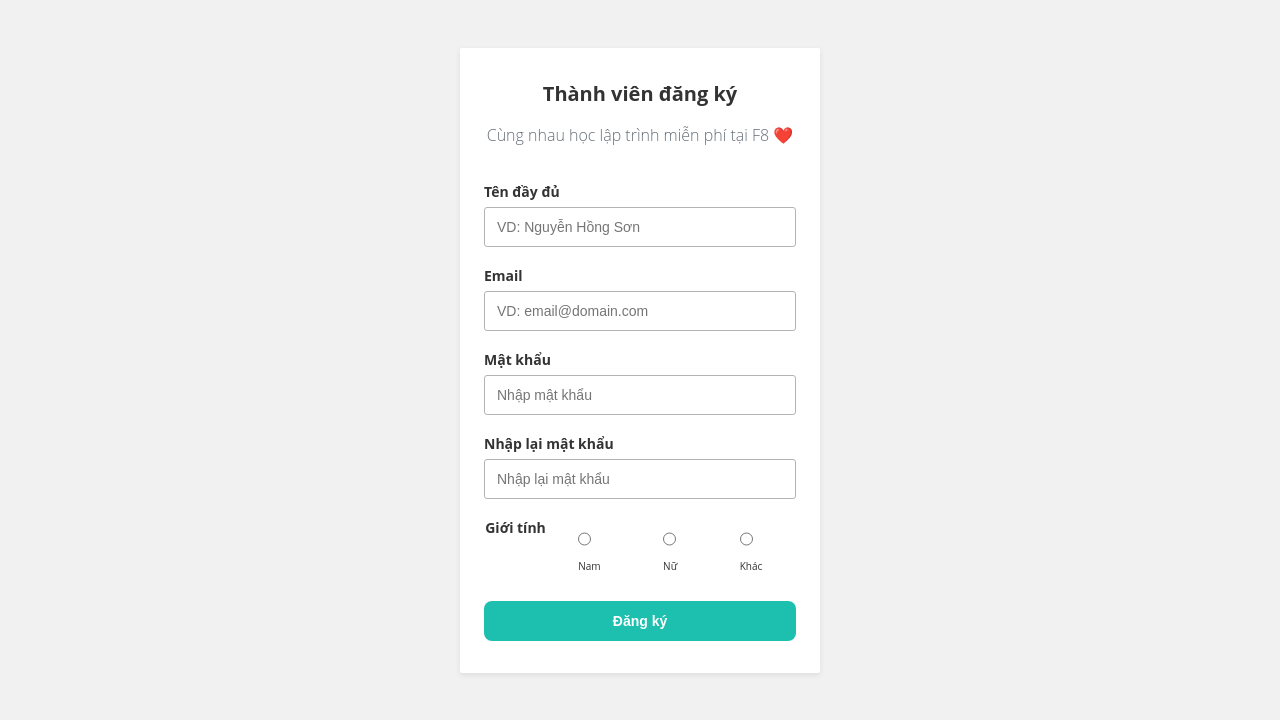
Repository: ahihison/Validation
Page: index.html
An editor plug-in stored every save of this project. The page is shown before and after the next save, followed by the edit.
The browser window is 1280 px wide. The pictures show the whole page.

Above is the page before, as saved 2022-08-31 09:42:03.

### index.html
<!DOCTYPE html>
<html lang="en">
<head>
    <meta charset="UTF-8">
    <meta http-equiv="X-UA-Compatible" content="IE=edge">
    <meta name="viewport" content="width=device-width, initial-scale=1.0">
    <link rel="stylesheet" href="./style.css">
    <title>Document</title>
</head>
<body>
    <div class="container">
        <form action="" method="POST" class="form" id="form-1" >
            <h3 class="heading">Thành viên đăng ký</h3>
            <p class="desc">Cùng nhau học lập trình miễn phí tại F8 ❤️</p>
            <div class="spacer"></div>

            <div class="form-group">
                <label for="fullname" class="form-label" >Tên đầy đủ</label>
                <input type="text" name="fullname" id="fullname" placeholder="VD: Nguyễn Hồng Sơn" class="form-control">
                <span class="form-message"></span>
            </div>
            <div class="form-group">
                <label for="email" class="form-label" >Email</label>
                <input type="text" name="email" id="email" placeholder="VD: email@domain.com" class="form-control">
                <span class="form-message"></span>
            </div>
            <div class="form-group">
                <label for="password" class="form-label" >Mật khẩu</label>
                <input type="password" name="password" id="password" placeholder="Nhập mật khẩu" class="form-control">
                <span class="form-message"></span>
            </div>
            <div class="form-group">
                <label for="password_confirmation" class="form-label" >Nhập lại mật khẩu</label>
                <input type="password" name="password_confirmation" id="password_confirmation" placeholder="Nhập lại mật khẩu" class="form-control">
                <span class="form-message"></span>
            </div>

            <div class="form-group genderformat">
                <label for="password_confirmation" class="form-label" >Giới tính</label>
                <div>
                    <input type="radio" name="gender" value="male" id="gender" class="form-control">
                    <span id="gender">Nam</span>
                </div>
                <div>
                    <input type="radio" name="gender" value="female" id="gender" class="form-control">
                    <span id="gender">Nữ</span>
                </div>
                <div>
                    <input type="radio" name="gender" value="orther" class="form-control" id="gender">
                    <span id="gender">Khác</span>

                </div>
                <span class="form-message"></span>
            </div>


            <button class="form-submit">Đăng ký</button>
        </form>

    </div>
    <script src="./validation.js"> </script>
    <script>
        Validator({
            form:'#form-1',
            formGroupSelector:'.form-group',
            errorSelector: '.form-message',
            rules: [
            Validator.isRequired('#fullname','Vui lòng nhập họ và tên đầy đủ của bạn'),
            Validator.isEmail('#email'),
            Validator.minLength('#password',6),
            Validator.isRequired('#password_confirmation'),
            Validator.isConfirmed('#password_confirmation',function() { return document.querySelector('#form-1 #password').value;

            },'Mật khẩu nhập lại không chính xác'),
            ],
            onSubmit: function(data){
                //Call API
                console.log(data);
            }
        });
    </script>




</body>
</html>

### style.css
*{
    margin: 0;
    padding: 0;
    box-sizing: border-box;

}
html{
    color: #333;
    font-size: 62.5%;
    font-family: "Open Sans", sans-serif;
}

.container{
min-height: 100vh;
display: flex;
justify-content: center;
background: #f1f1f1;

}
.form{
    width: 360px;
    padding: 32px 24px;
    min-height: 100px;
    text-align: center;
    background: #fff;
    border-radius: 2px;
    margin: 24px;
    align-self: center;
    box-shadow: 0 2px 5px 0 rgba(51, 62, 73, 0.1);


}


.form .heading{
    font-size: 2rem;

}
.form .desc {
    text-align: center;
    color: #636d77;
    font-size: 1.6rem;
    line-height: 2.4rem;
    margin-top: 16px;
    font-weight: 300;
  }

.form-group{
     display: flex;
  margin-bottom: 16px;
  flex-direction: column;

}
.form-group #gender {
  display:flex;
 margin: 0 30px;

  }
  .form-group.genderformat{
    display: flex;
    flex-direction: row;
    flex-wrap: wrap;
    align-content: space-between;
    justify-content: space-around;
  }
.form-control{
    height: 40px;
    padding: 8px 12px;
    border: 1px solid #b3b3b3;
    border-radius: 3px;
    outline: none;
    font-size: 1.4rem;
}
.form-control:hover {
    border-color: #1dbfaf;
  }
.form-label,
.form-message{
    text-align: left;

}
.form-label {
    font-weight: 700;
    padding-bottom: 6px;
    line-height: 1.8rem;
    font-size: 1.4rem;
  }

  .form-group.invalid .form-control {
    border-color: #f33a58;
  }
  .form-group.invalid .form-message {
    color: #f33a58;
  }

  .form-message {
    font-size: 1.2rem;
    line-height: 1.6rem;
    padding: 4px 0 0;
  }
  .form-submit {
    outline: none;
    background-color: #1dbfaf;
    margin-top: 12px;
    padding: 12px 16px;
    font-weight: 600;
    color: #fff;
    border: none;
    width: 100%;
    font-size: 14px;
    border-radius: 8px;
    cursor: pointer;
  }
  .form-submit:hover {
    background-color: #1ac7b6;
  }
  .spacer {
    margin-top: 36px;
  }

### validation.js
function Validator(options) {

    function geParent(elements,selector){
        while(elements.parentElement){
            if(elements.parentElement.matches(selector)){
                return elements.parentElement;
            }
              elements = elements.parentElement;
        }
    }

    var selectorRule = {};
    //hàm thực hiện validate
    function validate(inputElement, rule) {

        var errorElement = geParent(inputElement,options.formGroupSelector).querySelector(options.errorSelector);
        var errorMessage;

        //lấy ra các rule của các selector
        var rules = selectorRule[rule.selector];
        //lập qua từng rules và kiểm tra
        //Nếu có lỗi thì dừng việc kiểm tra
        for (var i = 0; i < rules.length; i++) {
            errorMessage = rules[i](inputElement.value);
            if (errorMessage) break;

        }

        if (errorMessage) {
            errorElement.innerText = errorMessage;
            geParent(inputElement,options.formGroupSelector).classList.add('invalid');
        } else {
            errorElement.innerText = '';
            geParent(inputElement,options.formGroupSelector).classList.remove('invalid');
        }
        return !!errorMessage;
    }
    // lấy được form elements
    var formElement = document.querySelector(options.form);

    if (formElement) {
        //Lắng nghe sự kiện onsubmit

        formElement.onsubmit = function (e) {

            e.preventDefault();

            var isFormValid = true;

            // Lặp qua từng rules và validate
            options.rules.forEach(function (rule) {
                var inputElement = formElement.querySelector(rule.selector);
                var isInValid = validate(inputElement, rule);
                if (isInValid) {
                    isFormValid = false;
                }
            });


            if (isFormValid) {
                //Trường hợp submit với js
                if (typeof options.onSubmit === 'function') {
                    var enableInputs = formElement.querySelectorAll('[name]');
                    var formValues = Array.from(enableInputs).reduce(function (values, input) {
                        values[input.name] = input.value;
                        return values;
                    }, {});
                    options.onSubmit(formValues)
                }
                //submit với hành vi mặc định
                else{
                    formElement.submit();
                }
            }

        }





        //Lặp qua mỗi rule xử lí sự kiện (blur click....)
        options.rules.forEach(function (rule) {
            //Lưu lại các  rules cho mỗi input
            if (Array.isArray(selectorRule[rule.selector])) {
                selectorRule[rule.selector].push(rule.test);
            }
            else {
                selectorRule[rule.selector] = [rule.test];
            }


            var inputElement = formElement.querySelector(rule.selector);

            if (inputElement) {
                //Xử lí trường hợp blur ra khỏi input
                inputElement.onblur = function () {

                    validate(inputElement, rule);

                }
                // Xử lí mỗi khi người dùng nhập vào input
                inputElement.oninput = function () {
                    var errorElement = geParent(inputElement,options.formGroupSelector).querySelector(options.errorSelector);
                    errorElement.innerText = '';
                    geParent(inputElement,options.formGroupSelector).classList.remove('invalid');
                }
            }

        }

        );



    }


}

//định nghĩa rules
//Nguyên tắc rules
//1. khi có lỗi : => trả về message
//2. Khi hợp lệ: => ko trả về gì hết (undefined)
Validator.isRequired = function (selector, message) {
    return {
        selector: selector,
        test: function (value) {
            return value.trim() ? undefined : message || "Vui lòng nhập trường này"

        }
    }
}

Validator.isEmail = function (selector, message) {

    return {
        selector: selector,
        test: function (value) {
            var regex = /^[A-Z0-9._%+-]+@[A-Z0-9.-]+\.[A-Z]{2,4}$/i;

            return regex.test(value) ? undefined : message || 'Trường này phải là email'
        }
    }

}
Validator.minLength = function (selector, min, message) {

    return {
        selector: selector,
        test: function (value) {
            return value.length >= min ? undefined : message || `Vui lòng nhập tối thiếu ${min} ký tự`
        }
    }

}

Validator.isConfirmed = function (selector, getconfirmValue, message) {
    return {
        selector: selector,
        test: function (value) {
            return value === getconfirmValue() ? undefined : message || "Giá trị nhập vào không chính xác"
        }

    }

}

After the next save:
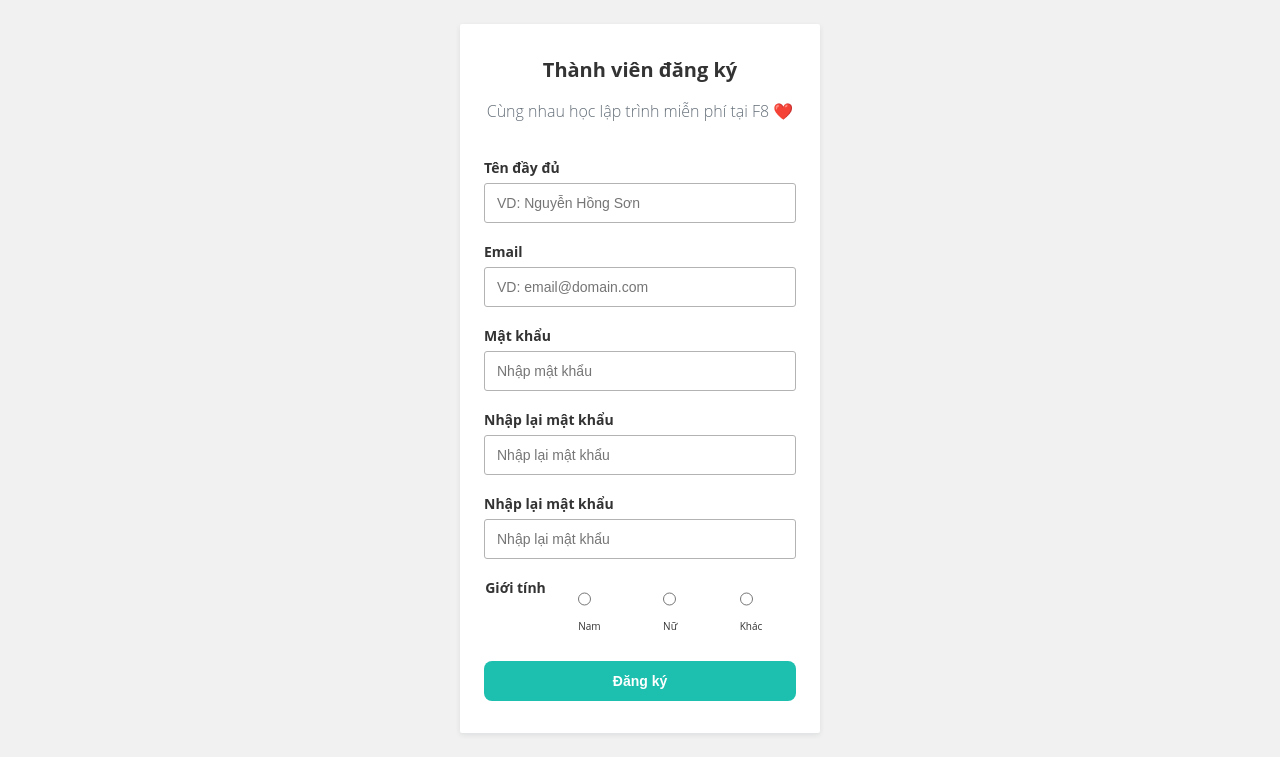
Saved 18 s later.
--- a/index.html
+++ b/index.html
@@ -27,6 +27,11 @@
             <div class="form-group">
                 <label for="password" class="form-label" >Mật khẩu</label>
                 <input type="password" name="password" id="password" placeholder="Nhập mật khẩu" class="form-control">
+                <span class="form-message"></span>
+            </div>
+            <div class="form-group">
+                <label for="password_confirmation" class="form-label" >Nhập lại mật khẩu</label>
+                <input type="password" name="password_confirmation" id="password_confirmation" placeholder="Nhập lại mật khẩu" class="form-control">
                 <span class="form-message"></span>
             </div>
             <div class="form-group">
